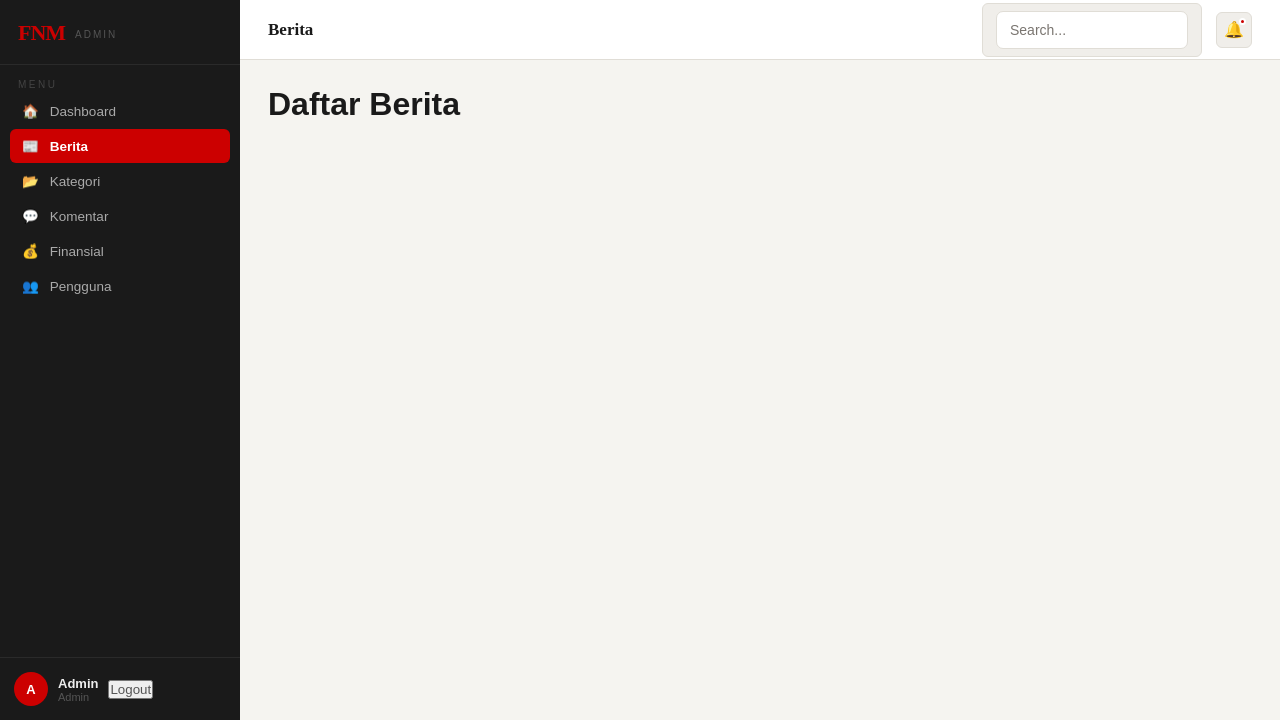
Repository: KrisnaKintaro/fnmtv
Page: http://localhost/admin/news
An editor plug-in stored every save of this project. The page is shown before and after the next save, followed by the edit.
The browser window is 1280 px wide. The pictures show the whole page.
Some web fonts or font styles are not loaded; a fallback is used. The page is served by the project's Laravel application, run on PHP 8.4 with Laravel 12. Other server files are loaded and not shown.

Above is the page before, as saved 2026-03-10 23:35:35.

### routes/web.php
<?php

use Illuminate\Support\Facades\Route;
use App\Http\Controllers\AuthController;
use App\Http\Controllers\DashboardController;
use App\Http\Controllers\NewsController;
use App\Http\Controllers\HomeController;
use App\Http\Controllers\CategoryController;
use App\Http\Controllers\SearchController;
use App\Http\Controllers\AdminNews;
use App\Http\Controllers\AdminCategory;
use App\Http\Controllers\AdminComment;
use App\Http\Controllers\FinanceController;
use App\Http\Controllers\UserController;

// default route removed; home route defined later

// ============================================
// UC-01: LOGIN ADMIN
// ============================================
Route::get('/admin/login', [AuthController::class, 'showLogin'])
    ->name('admin.login')
    ->middleware('guest');

Route::post('/admin/login', [AuthController::class, 'login'])
    ->name('admin.login.post');

Route::post('/admin/logout', [AuthController::class, 'logout'])
    ->name('admin.logout')
    ->middleware('auth');

// ============================================
// ADMIN ROUTES (semua dilindungi auth + isAdmin)
// ============================================
Route::prefix('admin')
    ->name('admin.')
    // middleware removed for demo; add auth/isAdmin later
    ->group(function () {

        // shortcut /admin → dashboard
        Route::get('/', function(){ return redirect()->route('admin.dashboard'); });

        // UC-07: Dashboard Statistik
        Route::get('/dashboard', [DashboardController::class, 'index'])
            ->name('dashboard');

        // UC-02: Manajemen Berita
        Route::resource('news', AdminNews::class);

        // UC-04: Toggle status publikasi (Draft/Published)
        Route::patch('/news/{news}/toggle-status', [AdminNews::class, 'toggleStatus'])
            ->name('news.toggle-status');

        // UC-03: Manajemen Kategori
        Route::resource('categories', AdminCategory::class);

        // UC-06: Moderasi Komentar
        Route::resource('comments', AdminComment::class)->only(['index', 'destroy']);
        Route::patch('/comments/{comment}/approve', [AdminComment::class, 'approve'])
            ->name('comments.approve');

        // UC-05: Administrasi Finansial
        Route::resource('finance', FinanceController::class);
        Route::patch('/finance/{finance}/toggle-payment', [FinanceController::class, 'togglePayment'])
            ->name('finance.toggle-payment');

        // Manajemen User
        Route::resource('users', UserController::class);
    });

// ============================================
// VIEWER / PUBLIC ROUTES
// ============================================

// UC-08: Halaman utama - berita terbaru
Route::get('/', [HomeController::class, 'index'])->name('home');

// UC-09: Navigasi Kategori
Route::get('/kategori/{slug}', [CategoryController::class, 'show'])
    ->name('category.show');

// UC-10: Pencarian Berita
Route::get('/cari', [SearchController::class, 'index'])
    ->name('search');

// UC-11: Berita Trending
Route::get('/trending', [HomeController::class, 'trending'])
    ->name('trending');

// UC-14: Halaman detail berita (view counter dicatat di sini)
Route::get('/berita/{slug}', [NewsController::class, 'show'])
    ->name('news.show');

### app/Http/Controllers/AdminNews.php
<?php

namespace App\Http\Controllers;

use Illuminate\Http\Request;

class AdminNews extends Controller
{
    public function index() { return view('admin.news.index'); }
    public function create() { return view('admin.news.create'); }
    public function store(Request $r) { return redirect()->back(); }
    public function show($id) { return redirect()->route('admin.news.index'); }
    public function edit($id) { return view('admin.news.edit'); }
    public function update(Request $r, $id) { return redirect()->back(); }
    public function destroy($id) { return redirect()->back(); }
    public function toggleStatus($id) { return redirect()->back(); }
}

### resources/views/admin/news/index.blade.php
@extends('layouts.master')

@section('title','Manajemen Berita')
@section('page_title','Berita')

@section('content')
<div class="page active">
    <h1>Daftar Berita</h1>
    <!-- tabel berita / actions -->
</div>
@endsection

### resources/views/layouts/master.blade.php
{{-- resources/views/layouts/master.blade.php --}}
<!DOCTYPE html>
<html lang="id">
<head>
    <meta charset="UTF-8">
    <meta name="viewport" content="width=device-width, initial-scale=1.0">
    <meta name="csrf-token" content="{{ csrf_token() }}">
    <title>FNM — @yield('title', 'Fenomena News Media')</title>

    <link href="https://fonts.googleapis.com/css2?family=Merriweather:wght@400;700;900&family=Source+Sans+3:wght@400;500;600;700&family=JetBrains+Mono:wght@400;500&display=swap" rel="stylesheet">

    {{-- CSS kondisional: admin atau viewer --}}
    @if(request()->is('admin*'))
        <link rel="stylesheet" href="{{ asset('Admin/css/admin.css') }}">
    @else
        <link rel="stylesheet" href="{{ asset('Viewers/css/viewers.css') }}">
    @endif

    {{-- CSS tambahan per halaman --}}
    @stack('styles')
</head>
<body>

    {{-- Layout beda antara admin dan viewer --}}
    @if(request()->is('admin*'))

        {{-- ===== LAYOUT ADMIN ===== --}}
        @include('layouts.partials.admin-sidebar')
        <main class="main">
            @include('layouts.partials.admin-topbar')
            <div class="content">
                @yield('content')
            </div>
        </main>

    @else

        {{-- ===== LAYOUT VIEWER ===== --}}
        @include('layouts.partials.viewer-topstrip')
        @include('layouts.partials.viewer-header')
        @include('layouts.partials.viewer-navbar')
        <main>
            @yield('content')
        </main>
        @include('layouts.partials.viewer-footer')

    @endif

    {{-- JS kondisional --}}
    @if(request()->is('admin*'))
        <script src="{{ asset('Admin/js/admin.js') }}"></script>
    @else
        <script src="{{ asset('Viewers/js/viewers.js') }}"></script>
    @endif

    {{-- JS tambahan per halaman --}}
    @stack('scripts')

</body>
</html>

### resources/views/layouts/partials/admin-sidebar.blade.php
{{-- Admin sidebar menu --}}
<aside class="sidebar">
    <div class="s-brand">
        <span class="s-logo">FNM</span>
        <span class="s-tag">Admin</span>
    </div>
    <div class="s-section">
        <div class="s-label">Menu</div>
        <a href="{{ route('admin.dashboard') }}" onclick="showPage('dashboard',this)" class="s-item {{ request()->routeIs('admin.dashboard') ? 'active' : '' }}">
            <span class="s-icon">🏠</span> Dashboard
        </a>
        <a href="{{ route('admin.news.index') }}" onclick="showPage('news-list',this)" class="s-item {{ request()->routeIs('admin.news*') ? 'active' : '' }}">
            <span class="s-icon">📰</span> Berita
        </a>
        <a href="{{ route('admin.categories.index') }}" onclick="showPage('categories',this)" class="s-item {{ request()->routeIs('admin.categories*') ? 'active' : '' }}">
            <span class="s-icon">📂</span> Kategori
        </a>
        <a href="{{ route('admin.comments.index') }}" onclick="showPage('comments',this)" class="s-item {{ request()->routeIs('admin.comments*') ? 'active' : '' }}">
            <span class="s-icon">💬</span> Komentar
        </a>
        <a href="{{ route('admin.finance.index') }}" onclick="showPage('finance',this)" class="s-item {{ request()->routeIs('admin.finance*') ? 'active' : '' }}">
            <span class="s-icon">💰</span> Finansial
        </a>
        <a href="{{ route('admin.users.index') }}" onclick="showPage('users',this)" class="s-item {{ request()->routeIs('admin.users*') ? 'active' : '' }}">
            <span class="s-icon">👥</span> Pengguna
        </a>
    </div>
    <div class="s-footer">
        <div class="s-avatar">{{ strtoupper(substr(Auth::user()->name ?? 'A',0,1)) }}</div>
        <div>
            <div class="s-uname">{{ Auth::user()->name ?? 'Admin' }}</div>
            <div class="s-urole">{{ Auth::user()->role ?? 'Admin' }}</div>
        </div>
        <form method="POST" action="{{ route('admin.logout') }}">
            @csrf
            <button type="submit" class="s-logout">Logout</button>
        </form>
    </div>
</aside>

### resources/views/layouts/partials/admin-topbar.blade.php
{{-- Topbar shown in admin area --}}
<div class="topbar">
    <div id="tbTitle" class="tb-title">@yield('page_title', 'Dashboard')</div>
    <div id="tbCrumb" class="tb-breadcrumb">@yield('breadcrumb')</div>
    <div class="search-wrap" style="margin-left:20px;">
        <input type="text" placeholder="Search..." />
    </div>
    <div class="tb-icon" onclick="toggleNotif()">🔔<span class="tb-dot"></span></div>
</div>

Loaded but not shown: app/Http/Controllers/Controller.php (common file); public/Admin/js/admin.js (89 lines, source omitted); public/Admin/css/admin.css (327 lines, source omitted)

After the next save:
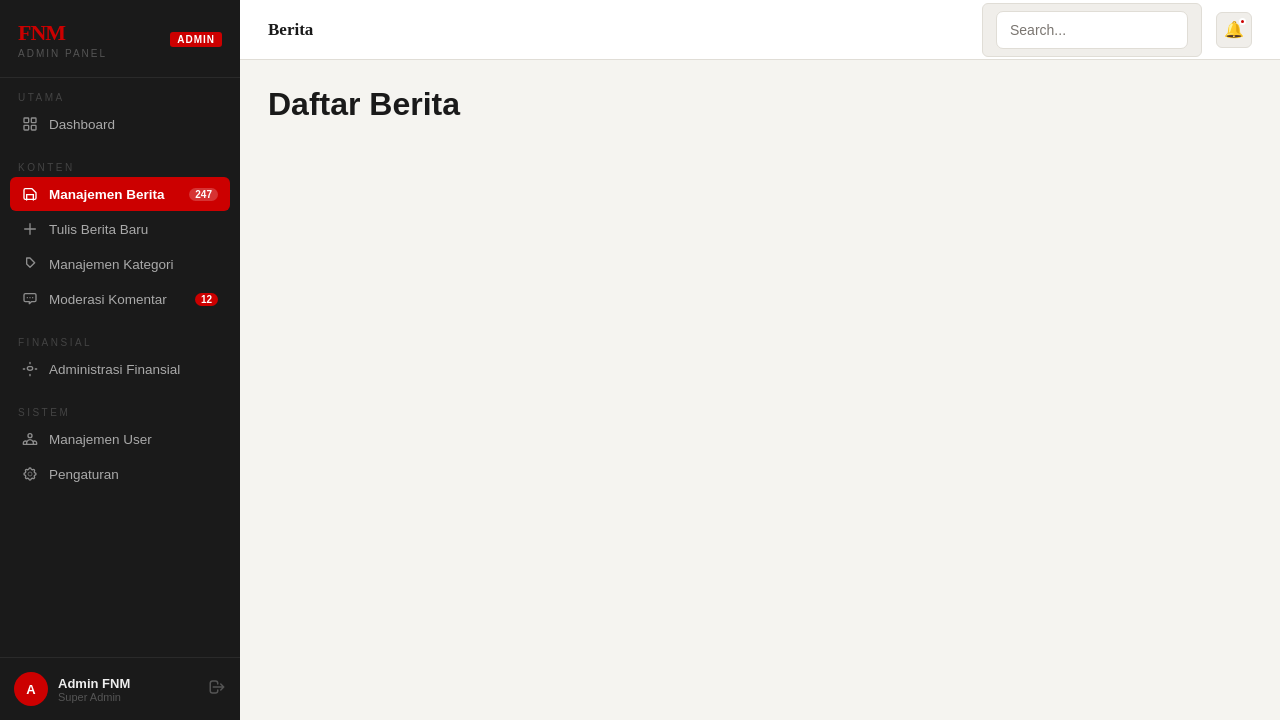
Saved 3 min 5 s later.
--- a/resources/views/layouts/partials/admin-sidebar.blade.php
+++ b/resources/views/layouts/partials/admin-sidebar.blade.php
@@ -1,39 +1,71 @@
 {{-- Admin sidebar menu --}}
-<aside class="sidebar">
-    <div class="s-brand">
-        <span class="s-logo">FNM</span>
-        <span class="s-tag">Admin</span>
+<aside class="sidebar" id="sidebar">
+  <div class="s-brand">
+    <div>
+      <div class="s-logo">FNM</div>
+      <div class="s-tag">Admin Panel</div>
     </div>
-    <div class="s-section">
-        <div class="s-label">Menu</div>
-        <a href="{{ route('admin.dashboard') }}" onclick="showPage('dashboard',this)" class="s-item {{ request()->routeIs('admin.dashboard') ? 'active' : '' }}">
-            <span class="s-icon">🏠</span> Dashboard
-        </a>
-        <a href="{{ route('admin.news.index') }}" onclick="showPage('news-list',this)" class="s-item {{ request()->routeIs('admin.news*') ? 'active' : '' }}">
-            <span class="s-icon">📰</span> Berita
-        </a>
-        <a href="{{ route('admin.categories.index') }}" onclick="showPage('categories',this)" class="s-item {{ request()->routeIs('admin.categories*') ? 'active' : '' }}">
-            <span class="s-icon">📂</span> Kategori
-        </a>
-        <a href="{{ route('admin.comments.index') }}" onclick="showPage('comments',this)" class="s-item {{ request()->routeIs('admin.comments*') ? 'active' : '' }}">
-            <span class="s-icon">💬</span> Komentar
-        </a>
-        <a href="{{ route('admin.finance.index') }}" onclick="showPage('finance',this)" class="s-item {{ request()->routeIs('admin.finance*') ? 'active' : '' }}">
-            <span class="s-icon">💰</span> Finansial
-        </a>
-        <a href="{{ route('admin.users.index') }}" onclick="showPage('users',this)" class="s-item {{ request()->routeIs('admin.users*') ? 'active' : '' }}">
-            <span class="s-icon">👥</span> Pengguna
-        </a>
+    <div class="s-admin-badge">Admin</div>
+  </div>
+
+  <div class="s-section">
+    <div class="s-label">Utama</div>
+    <a href="{{ route('admin.dashboard') }}" onclick="showPage('dashboard',this)" class="s-item {{ request()->routeIs('admin.dashboard') ? 'active' : '' }}">
+      <svg fill="none" stroke="currentColor" viewBox="0 0 24 24"><rect x="3" y="3" width="7" height="7" rx="1" stroke-width="2"/><rect x="14" y="3" width="7" height="7" rx="1" stroke-width="2"/><rect x="3" y="14" width="7" height="7" rx="1" stroke-width="2"/><rect x="14" y="14" width="7" height="7" rx="1" stroke-width="2"/></svg>
+      Dashboard
+    </a>
+  </div>
+
+  <div class="s-section">
+    <div class="s-label">Konten</div>
+    <a href="{{ route('admin.news.index') }}" onclick="showPage('news-list',this)" class="s-item {{ request()->routeIs('admin.news*') ? 'active' : '' }}">
+      <svg fill="none" stroke="currentColor" viewBox="0 0 24 24"><path stroke-linecap="round" stroke-linejoin="round" stroke-width="2" d="M19 20H5a2 2 0 01-2-2V6a2 2 0 012-2h10l6 6v8a2 2 0 01-2 2z"/><polyline points="17 21 17 13 7 13 7 21" stroke-width="2" stroke-linecap="round"/></svg>
+      Manajemen Berita
+      <span class="s-badge">247</span>
+    </a>
+    <a href="" onclick="showPage('write-news',this)" class="s-item">
+      <svg fill="none" stroke="currentColor" viewBox="0 0 24 24"><path stroke-linecap="round" stroke-linejoin="round" stroke-width="2" d="M12 4v16m8-8H4"/></svg>
+      Tulis Berita Baru
+    </a>
+    <a href="{{ route('admin.categories.index') }}" onclick="showPage('categories',this)" class="s-item {{ request()->routeIs('admin.categories*') ? 'active' : '' }}">
+      <svg fill="none" stroke="currentColor" viewBox="0 0 24 24"><path stroke-linecap="round" stroke-linejoin="round" stroke-width="2" d="M7 7h.01M7 3h5l7 7-7 7-5-5V3z"/></svg>
+      Manajemen Kategori
+    </a>
+    <a href="{{ route('admin.comments.index') }}" onclick="showPage('comments',this)" class="s-item {{ request()->routeIs('admin.comments*') ? 'active' : '' }}">
+      <svg fill="none" stroke="currentColor" viewBox="0 0 24 24"><path stroke-linecap="round" stroke-linejoin="round" stroke-width="2" d="M8 10h.01M12 10h.01M16 10h.01M9 16H5a2 2 0 01-2-2V6a2 2 0 012-2h14a2 2 0 012 2v8a2 2 0 01-2 2h-5l-3 3v-3z"/></svg>
+      Moderasi Komentar
+      <span class="s-badge" style="background:var(--red);color:#fff;">12</span>
+    </a>
+  </div>
+
+  <div class="s-section">
+    <div class="s-label">Finansial</div>
+    <a href="{{ route('admin.finance.index') }}" onclick="showPage('finance',this)" class="s-item {{ request()->routeIs('admin.finance*') ? 'active' : '' }}">
+      <svg fill="none" stroke="currentColor" viewBox="0 0 24 24"><path stroke-linecap="round" stroke-linejoin="round" stroke-width="2" d="M12 8c-2.21 0-4 1.343-4 3s1.79 3 4 3 4-1.343 4-3-1.79-3-4-3zM12 2v2m0 16v2m10-10h-2M4 12H2"/></svg>
+      Administrasi Finansial
+    </a>
+  </div>
+
+  <div class="s-section">
+    <div class="s-label">Sistem</div>
+    <a href="{{ route('admin.users.index') }}" onclick="showPage('users',this)" class="s-item {{ request()->routeIs('admin.users*') ? 'active' : '' }}">
+      <svg fill="none" stroke="currentColor" viewBox="0 0 24 24"><path stroke-linecap="round" stroke-linejoin="round" stroke-width="2" d="M17 20h5v-2a3 3 0 00-5.356-1.857M17 20H7m10 0v-2c0-.656-.126-1.283-.356-1.857M7 20H2v-2a3 3 0 015.356-1.857M7 20v-2c0-.656.126-1.283.356-1.857m0 0a5.002 5.002 0 019.288 0M15 7a3 3 0 11-6 0 3 3 0 016 0z"/></svg>
+      Manajemen User
+    </a>
+    <a href="" onclick="showPage('settings',this)" class="s-item">
+      <svg fill="none" stroke="currentColor" viewBox="0 0 24 24"><path stroke-linecap="round" stroke-linejoin="round" stroke-width="2" d="M10.325 4.317c.426-1.756 2.924-1.756 3.35 0a1.724 1.724 0 002.573 1.066c1.543-.94 3.310.826 2.37 2.37a1.724 1.724 0 001.065 2.572c1.756.426 1.756 2.924 0 3.35a1.724 1.724 0 00-1.066 2.573c.94 1.543-.826 3.310-2.37 2.370a1.724 1.724 0 00-2.572 1.065c-.426 1.756-2.924 1.756-3.35 0a1.724 1.724 0 00-2.573-1.066c-1.543.94-3.310-.826-2.370-2.370a1.724 1.724 0 00-1.065-2.572c-1.756-.426-1.756-2.924 0-3.35a1.724 1.724 0 001.066-2.573c-.94-1.543.826-3.310 2.370-2.370.996.608 2.296.070 2.572-1.065z"/><circle cx="12" cy="12" r="3"/></svg>
+      Pengaturan
+    </a>
+  </div>
+
+  <div class="s-footer">
+    <div class="s-avatar">A</div>
+    <div>
+      <div class="s-uname">Admin FNM</div>
+      <div class="s-urole">Super Admin</div>
     </div>
-    <div class="s-footer">
-        <div class="s-avatar">{{ strtoupper(substr(Auth::user()->name ?? 'A',0,1)) }}</div>
-        <div>
-            <div class="s-uname">{{ Auth::user()->name ?? 'Admin' }}</div>
-            <div class="s-urole">{{ Auth::user()->role ?? 'Admin' }}</div>
-        </div>
-        <form method="POST" action="{{ route('admin.logout') }}">
-            @csrf
-            <button type="submit" class="s-logout">Logout</button>
-        </form>
+    <div class="s-logout" onclick="doLogout()" title="Keluar">
+      <svg width="18" height="18" fill="none" stroke="currentColor" viewBox="0 0 24 24"><path stroke-linecap="round" stroke-linejoin="round" stroke-width="2" d="M17 16l4-4m0 0l-4-4m4 4H7m6 4v1a3 3 0 01-3 3H6a3 3 0 01-3-3V7a3 3 0 013-3h4a3 3 0 013 3v1"/></svg>
     </div>
+  </div>
 </aside>
